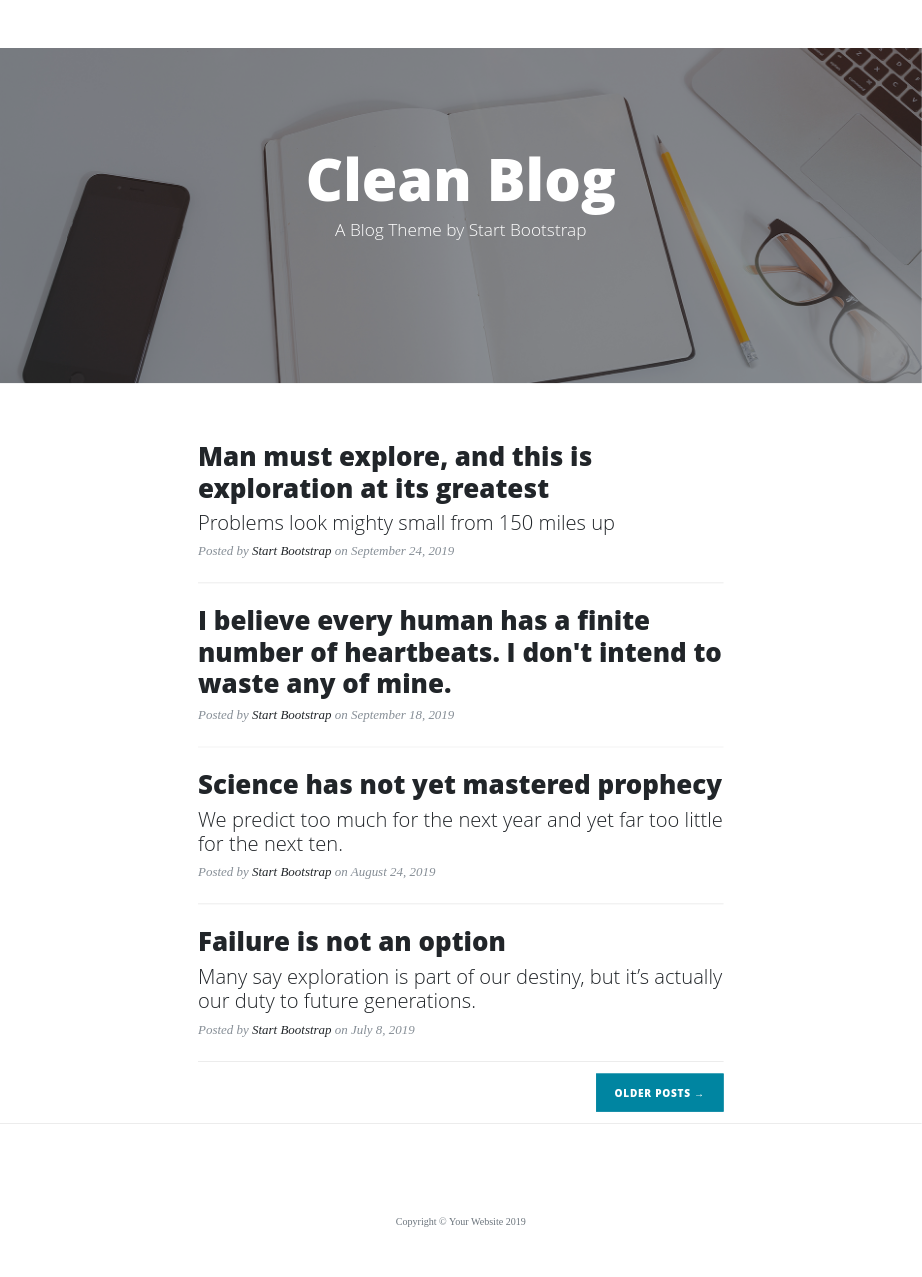
Repository: Rian1010/Flask
Page: http://localhost/
The author's editor kept a record of every edit. The page is drawn from the files as they stood at one moment, then again after the next edit.
The browser window is 1280 px wide. The pictures show the whole page, at 72% of full size.
The page is served by the project's application, run on Flask 3 (run.py).

Above is the page before.

After the next edit:
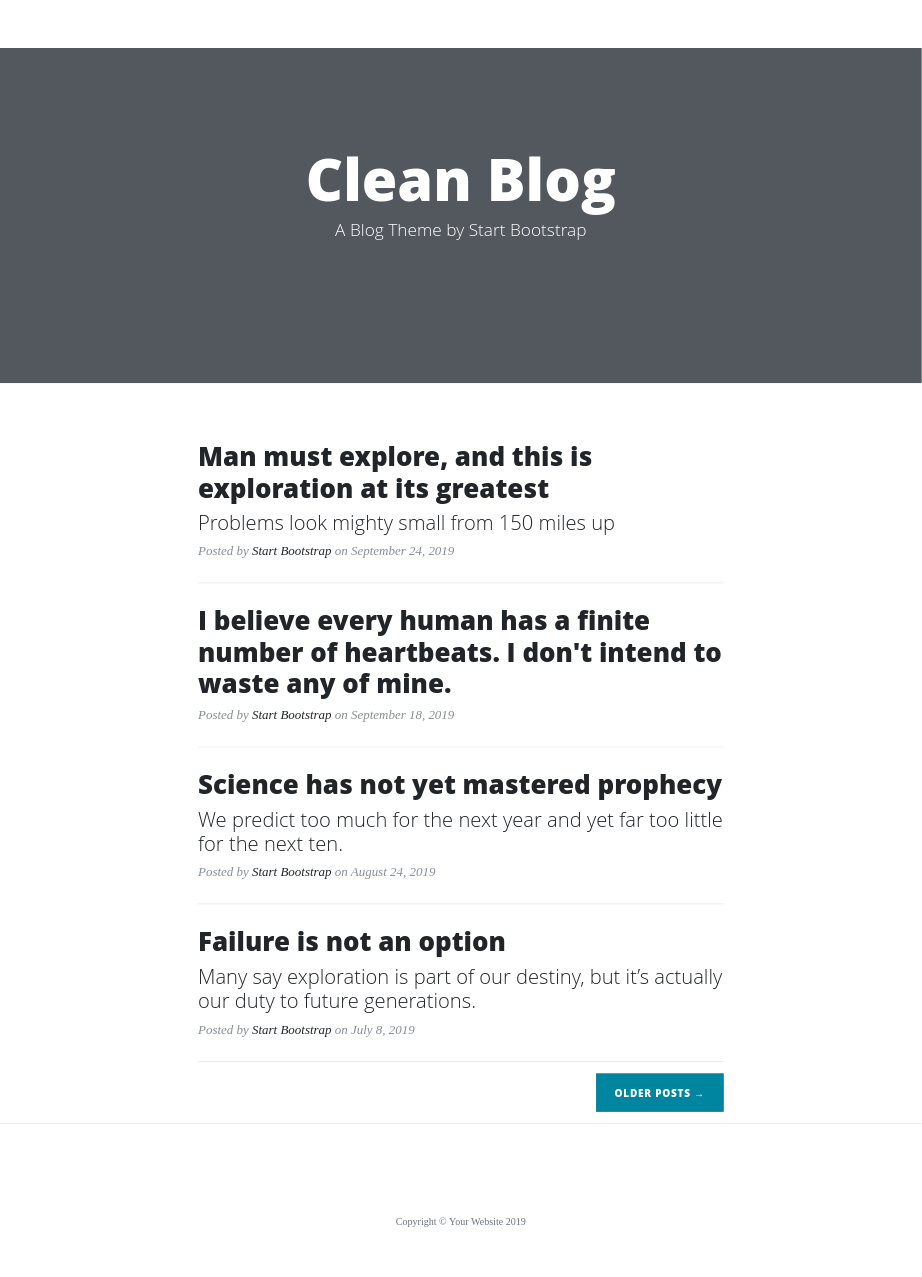
The edit:
--- a/templates/base.html
+++ b/templates/base.html
@@ -38,7 +38,7 @@
     </nav>
 
     <!-- Page Header -->
-    <header class="masthead" style="background-image: url('{{ url_for('static', filename='img/home-bg.jpg') }}">
+    <header class="masthead" style="background-image: url_for('http://pre02.deviantart.net/9ae0/th/pre/f/2013/275/8/f/the_hobbit__thorin_and_company_by_art_calavera-d5nay7b.png')">
         <div class="overlay"></div>
         <div class="container">
             <div class="row">
